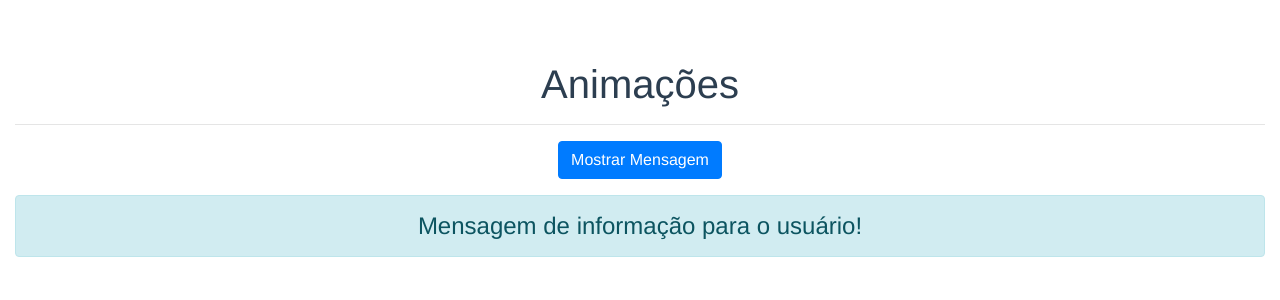
Repository: LucianoBitt/Curso_VueJS
Page: / (app in 12_animacoes/animacoes-exercicios/)
These files come from the project's save history. The page is drawn as it stood at one moment and after the next save; the edit follows.
The browser window is 1280 px wide. The pictures show the whole page.
The project was rebuilt for these pictures with package versions that can differ from the ones it lists, and the page was loaded fresh each time.

Above is the page before, as saved 2023-12-22 10:15:33.

### 12_animacoes/animacoes-exercicios/src/App.vue
<template>
	<div id="app" class="container-fluid">
		<h1>Animações</h1>
		<hr>
		<b-button variant="primary" class="mb-3">Mostrar Mensagem</b-button>
		<b-alert variant="info" show>{{ msg }}</b-alert>
	</div>
</template>

<script>

export default {
	data() {
		return {
			msg: 'Mensagem de informação para o usuário!',
			exibir: false
		}
	}
}
</script>

<style>
#app {
	font-family: 'Avenir', Helvetica, Arial, sans-serif;
	-webkit-font-smoothing: antialiased;
	-moz-osx-font-smoothing: grayscale;
	text-align: center;
	color: #2c3e50;
	margin-top: 60px;
	font-size: 1.5rem;
}
</style>

Loaded but not shown: 12_animacoes/animacoes-exercicios/public/index.html (common file); 12_animacoes/animacoes-exercicios/src/main.js (common file); 12_animacoes/animacoes-exercicios/src/plugins/bootstrap-vue.js (common file)

After the next save:
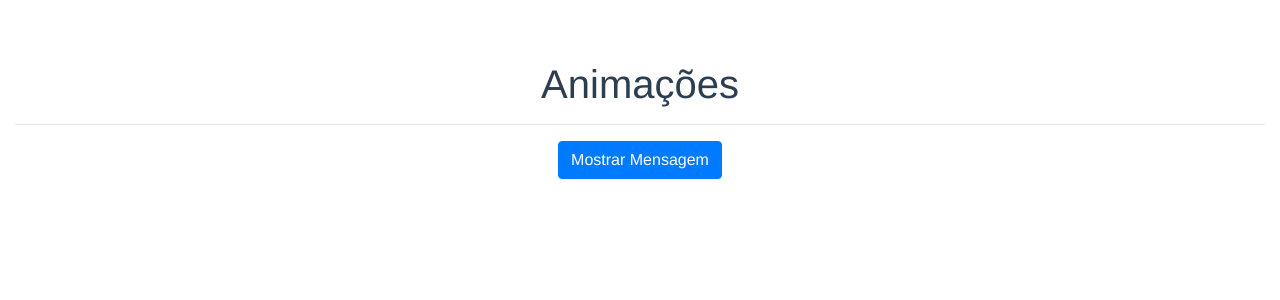
Saved 8 min 46 s later.
--- a/12_animacoes/animacoes-exercicios/src/App.vue
+++ b/12_animacoes/animacoes-exercicios/src/App.vue
@@ -3,7 +3,7 @@
 		<h1>Animações</h1>
 		<hr>
 		<b-button variant="primary" class="mb-3">Mostrar Mensagem</b-button>
-		<b-alert variant="info" show>{{ msg }}</b-alert>
+		<b-alert variant="info" show v-if="exibir">{{ msg }}</b-alert>
 	</div>
 </template>
 
